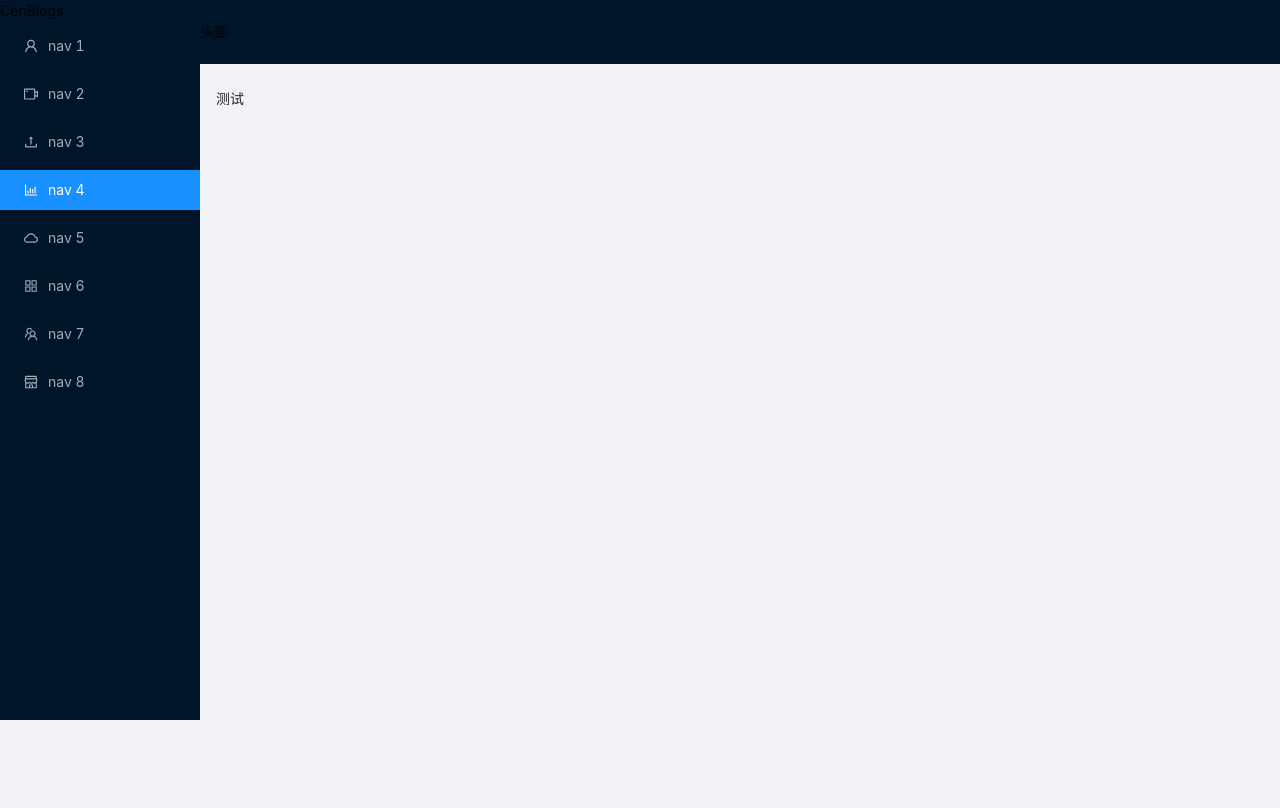
Repository: CBH20010703/BlogsAntd
Page: /
An editor plug-in stored every save of this project. The page is shown before and after the next save, followed by the edit.
The browser window is 1280 px wide. The pictures show the whole page.
The project was rebuilt for these pictures with package versions that can differ from the ones it lists, and the page was loaded fresh each time. Also part of the build but not shown: src/view/Home/Home.css, src/view/404/Error.jsx.

Above is the page before, as saved 2021-06-20 22:43:55.

### src/index.js
import React from 'react';
import ReactDOM from 'react-dom';
import './index.css';
import App from './App';



ReactDOM.render(<App />,document.getElementById('root'));

### src/App.js
import './App.css';
import { React, Component } from "react";
import Headers from './component/Header/Headers';
import MenuList from './component/Menu/MenuList';
import Footers from './component/Footer/Footers';
import RouterMap from './router/RouterMap';
import { Layout} from 'antd';

const {  Content, Sider } = Layout;
export default class  App extends Component {
  constructor(props) {
    super(props);
    this.state = {  collapsed: false, }
  }
   toggle = () => {
    this.setState({
      collapsed: !this.state.collapsed,
    });
  };
  render() {
    return (
      <Layout>
    <Sider
      style={{
        overflow: 'auto',
        height: '100vh',
        position: 'fixed',
        left: 0,
      }}
    >
       <MenuList/>
    </Sider>
    <Layout className="site-layout" style={{ marginLeft: 200 }}>
      <Headers></Headers>
     <Content style={{ margin: '24px 16px 0', overflow: 'initial',height:"100vh" }}>
          <RouterMap />
      </Content>

    </Layout>
  </Layout>
    );
  }
}

### src/component/Header/Headers.jsx
import React, { Component } from 'react'
import { Layout } from 'antd';
const { Header } = Layout;
export default class Headers extends Component {
    render() {
        return (
            <div>
                <Header className="site-layout-background" style={{ padding: 0 }} > 头部</Header>
            </div>
        )
    }
}

### src/component/Menu/MenuList.jsx
import React, { Component } from 'react'
import { Menu } from 'antd';
import {
  AppstoreOutlined,
  BarChartOutlined,
  CloudOutlined,
  ShopOutlined,
  TeamOutlined,
  UserOutlined,
  UploadOutlined,
  VideoCameraOutlined,
} from '@ant-design/icons';
export default class MenuList extends Component {
    render() {
        return (
            <div>
          <div className="logo" >
            CenBlogs
          </div>
      <Menu theme="dark" mode="inline" defaultSelectedKeys={['4']}>
        <Menu.Item key="1" icon={<UserOutlined />}>
          nav 1
        </Menu.Item>
        <Menu.Item key="2" icon={<VideoCameraOutlined />}>
          nav 2
        </Menu.Item>
        <Menu.Item key="3" icon={<UploadOutlined />}>
          nav 3
        </Menu.Item>
        <Menu.Item key="4" icon={<BarChartOutlined />}>
          nav 4
        </Menu.Item>
        <Menu.Item key="5" icon={<CloudOutlined />}>
          nav 5
        </Menu.Item>
        <Menu.Item key="6" icon={<AppstoreOutlined />}>
          nav 6
        </Menu.Item>
        <Menu.Item key="7" icon={<TeamOutlined />}>
          nav 7
        </Menu.Item>
        <Menu.Item key="8" icon={<ShopOutlined />}>
          nav 8
        </Menu.Item>
      </Menu>
            </div>
        )
    }
}

### src/router/RouterMap.js
import React from 'react'
import { HashRouter, Route, Switch} from 'react-router-dom'
import Home from "../view/Home/Home.jsx";
import Error from "../view/404/Error.jsx";
export default class RouterMap  extends React.Component {
    updateHandle() {
        console.log('每次router变化之后都会触发')
    }
    render() {
        return (
            <HashRouter>
                <Switch>
                    <Route exact path="/" component={Home} />
                    <Route  path="*" component={Error} />
               </Switch>
            </HashRouter>
        )
    }
}

### src/view/Home/Home.jsx
import React, { Component } from 'react'
import "./Home.css"
export default class Home extends Component {
      handleClick = e => {
    console.log('click ', e);
  };
    render() {
        return (
            <div>
                测试
            </div>
        )
    }
}

### src/component/Footer/Footers.jsx
import React, { Component } from 'react'
import { Layout } from 'antd';
const {  Footer } = Layout;
export default class Footers extends Component {
    render() {
        return (
            <div>
               <Footer style={{ textAlign: 'center' }}>www.cenbohao.com @47790293qq.com</Footer>
            </div>
        )
    }
}

Loaded but not shown: public/index.html (common file); src/index.css (common file); src/App.css (common file)

After the next save:
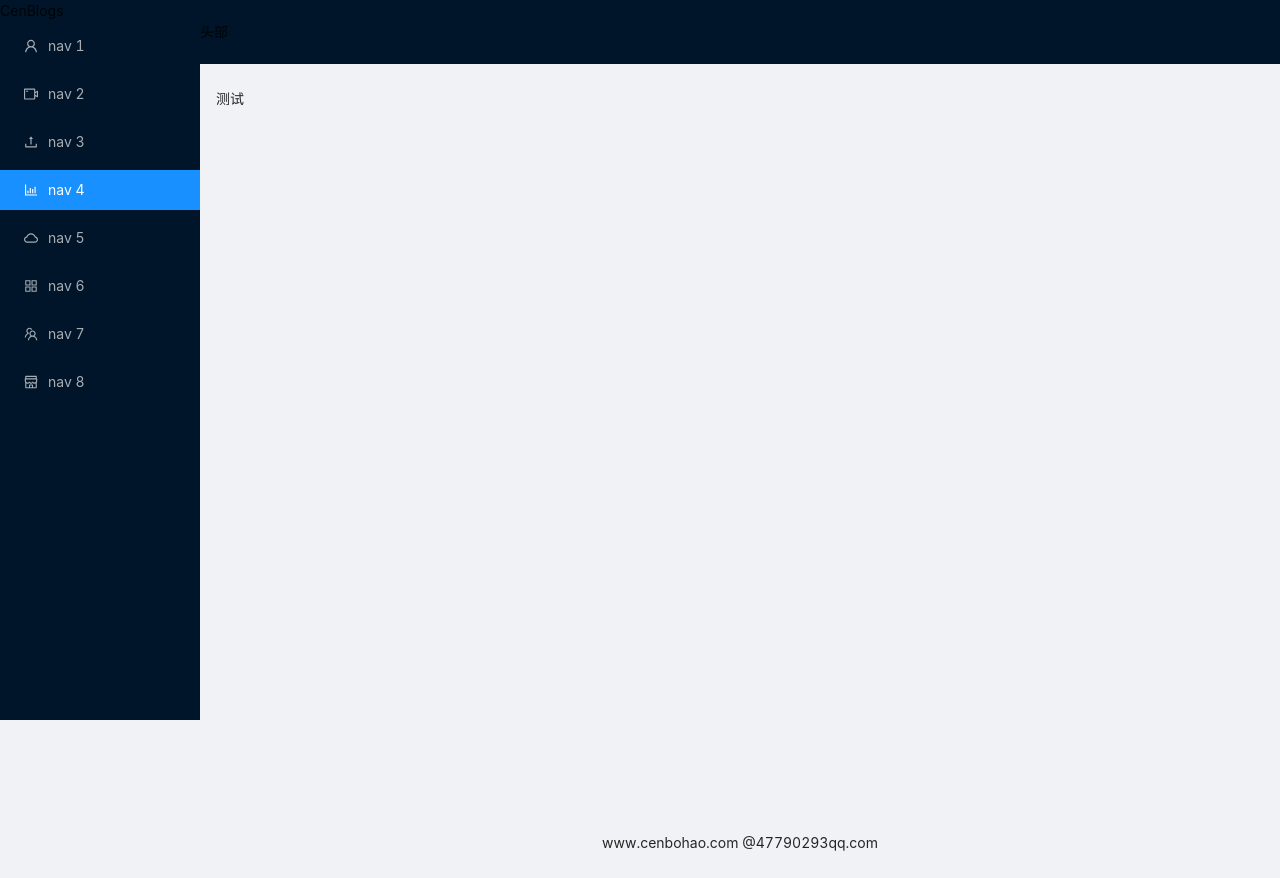
Saved 8 s later.
--- a/src/App.js
+++ b/src/App.js
@@ -35,7 +35,7 @@
      <Content style={{ margin: '24px 16px 0', overflow: 'initial',height:"100vh" }}>
           <RouterMap />
       </Content>
-
+      <Footers/>
     </Layout>
   </Layout>
     );
